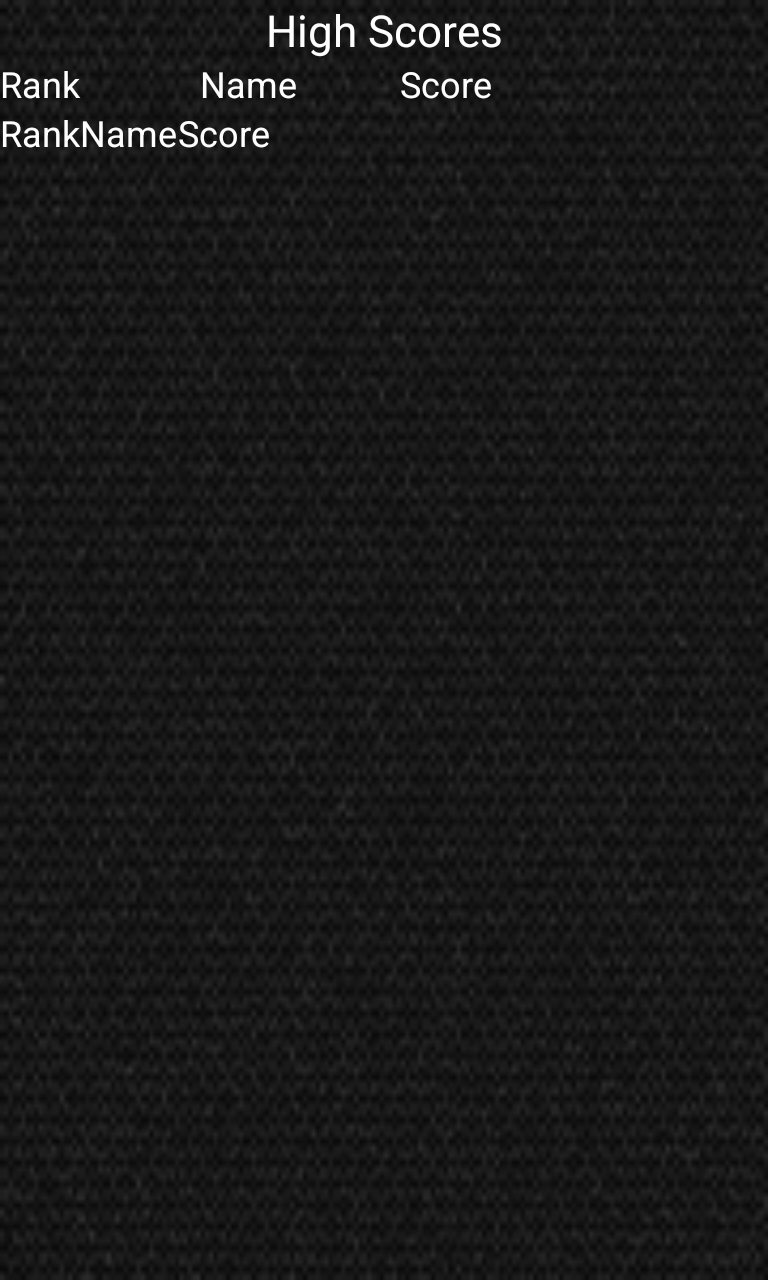
Repository: Tacohen/Killbots
Layout: Killbots/res/layout/high_scores.xml
The author's editor kept a copy of each file at every save. The layout is drawn from the files as they stood at one save, then again after the next save.
It is drawn on a 768 x 1280 px phone screen (xhdpi) without system bars, with theme AppTheme; the app's code is not run.

Above is the layout before, as saved 2013-12-08 01:43:21.

### Killbots/res/layout/high_scores.xml
<?xml version="1.0" encoding="utf-8"?>
<LinearLayout xmlns:android="http://schemas.android.com/apk/res/android"
    android:layout_width="match_parent"
    android:layout_height="match_parent"
    android:orientation="vertical"
    android:background="@drawable/binding_dark">

    <TextView
        android:id="@+id/intoText"
        android:layout_width="match_parent"
        android:layout_height="wrap_content"
        android:gravity="center"
        android:text="High Scores"
        android:textAppearance="?android:attr/textAppearanceLarge"
        android:textColor="#FFFFFF" />

    <LinearLayout
        android:layout_width="match_parent"
        android:layout_height="wrap_content" >

        <TextView
            android:id="@+id/rankText"
            android:layout_width="100dp"
            android:layout_height="wrap_content"
            android:text="Rank"
            android:textAppearance="?android:attr/textAppearanceMedium"
            android:textColor="#FFFFFF" />

        <TextView
            android:id="@+id/nameText"
            android:layout_width="100dp"
            android:layout_height="wrap_content"
            android:text="Name"
            android:textAppearance="?android:attr/textAppearanceMedium"
            android:textColor="#FFFFFF" />

        <TextView
            android:id="@+id/scoreText"
            android:layout_width="100dp"
            android:layout_height="wrap_content"
            android:text="Score"
            android:textAppearance="?android:attr/textAppearanceMedium"
            android:textColor="#FFFFFF" />

    </LinearLayout>

    <TableLayout
        android:layout_width="match_parent"
        android:layout_height="wrap_content" >

        <TableRow
            android:id="@+id/tableRow1"
            android:layout_width="wrap_content"
            android:layout_height="wrap_content" >

        <TextView
            android:id="@+id/rankText"
            android:layout_height="wrap_content"
            android:text="Rank"
            android:textAppearance="?android:attr/textAppearanceMedium"
            android:gravity="left"
            android:textColor="#FFFFFF" />

        <TextView
            android:id="@+id/nameText"
            android:layout_height="wrap_content"
            android:gravity="center_horizontal"
            android:text="Name"
            android:textAppearance="?android:attr/textAppearanceMedium"
            android:textColor="#FFFFFF" />

        <TextView
            android:id="@+id/scoreText"
            android:layout_height="wrap_content"
            android:text="Score"
            android:gravity="right"
            android:textAppearance="?android:attr/textAppearanceMedium"
            android:textColor="#FFFFFF" />

        </TableRow>

        <TableRow
            android:id="@+id/tableRow2"
            android:layout_width="wrap_content"
            android:layout_height="wrap_content" >
        </TableRow>

        <TableRow
            android:id="@+id/tableRow3"
            android:layout_width="wrap_content"
            android:layout_height="wrap_content" >
        </TableRow>

        <TableRow
            android:id="@+id/tableRow4"
            android:layout_width="wrap_content"
            android:layout_height="wrap_content" >
        </TableRow>
    </TableLayout>

</LinearLayout>

Loaded but not shown: Killbots/res/values/styles.xml (common file); Killbots/res/values-v11/styles.xml (common file); Killbots/res/values-v14/styles.xml (common file)

After the next save:
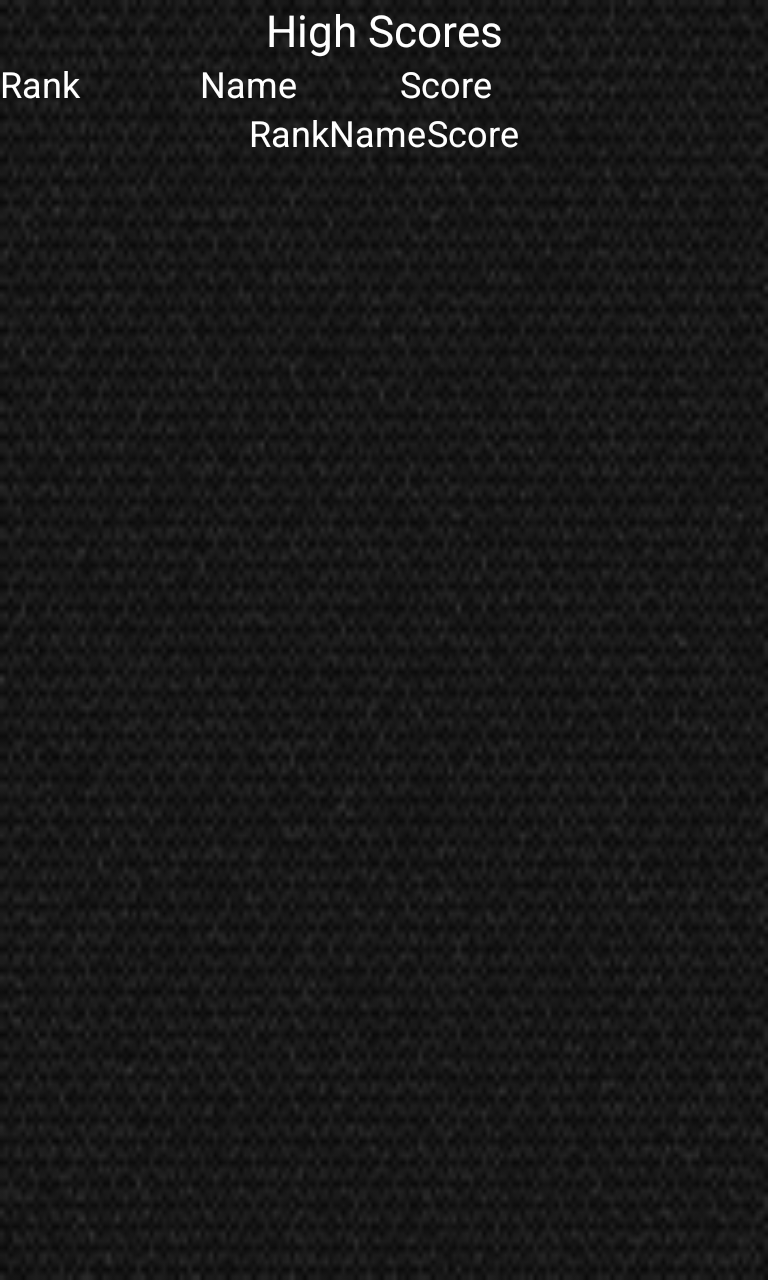
Saved 33 s later.
--- a/Killbots/res/layout/high_scores.xml
+++ b/Killbots/res/layout/high_scores.xml
@@ -51,6 +51,7 @@
         <TableRow
             android:id="@+id/tableRow1"
             android:layout_width="wrap_content"
+            android:gravity="center_horizontal"
             android:layout_height="wrap_content" >
 
         <TextView
